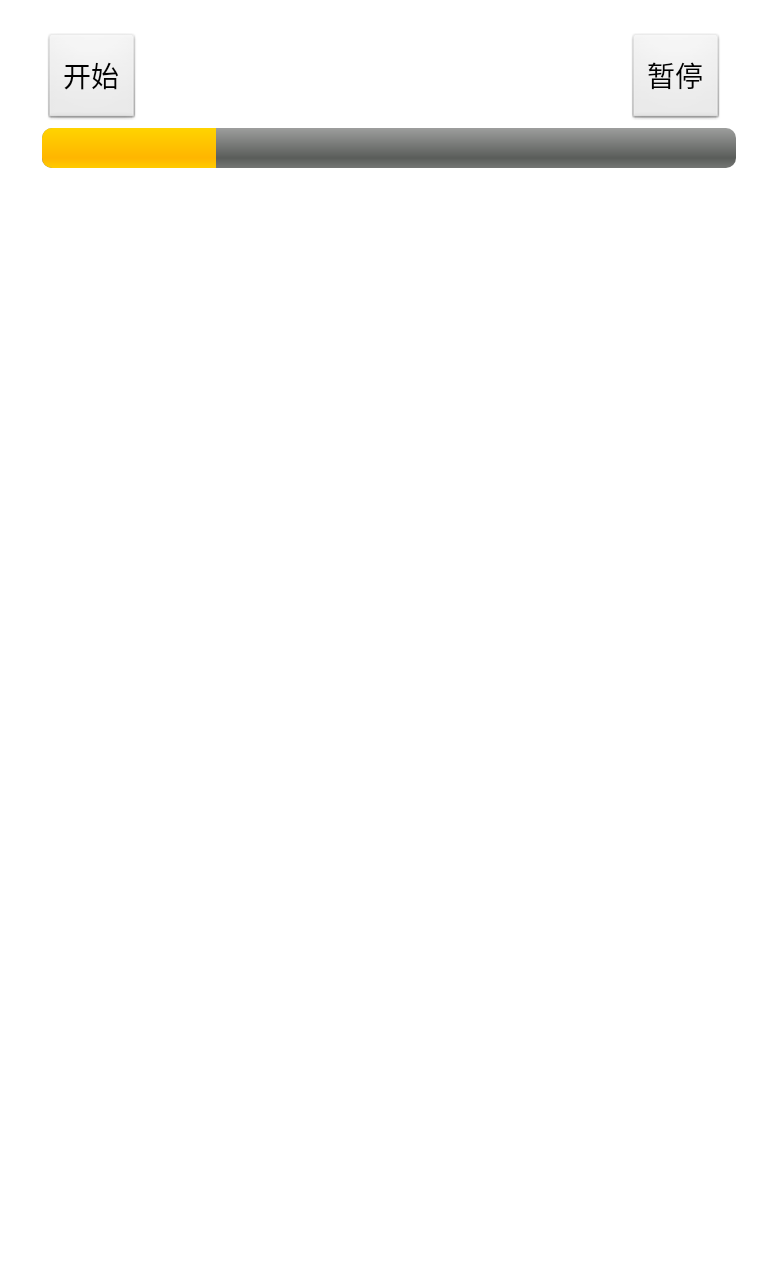
Repository: CrowleyLucky/AndroidLearningNotes
Layout: 16_MultiThreadDownloader/res/layout/activity_main.xml
These files come from the project's save history. The layout is drawn as it stood at one moment and after the next save; the edit follows.
It is drawn on a 768 x 1280 px phone screen (xhdpi) without system bars, with theme AppTheme; the app's code is not run.

Above is the layout before, as saved 2014-03-04 08:23:21.

### 16_MultiThreadDownloader/res/layout/activity_main.xml
<RelativeLayout xmlns:android="http://schemas.android.com/apk/res/android"
    xmlns:tools="http://schemas.android.com/tools"
    android:layout_width="match_parent"
    android:layout_height="wrap_content"
    android:paddingBottom="@dimen/activity_vertical_margin"
    android:paddingLeft="@dimen/activity_horizontal_margin"
    android:paddingRight="@dimen/activity_horizontal_margin"
    android:paddingTop="@dimen/activity_vertical_margin"
    tools:context=".MainActivity" >

	<Button
	    android:layout_height="wrap_content"
	    android:layout_width="wrap_content"
	    android:layout_alignParentLeft="true"
	    android:text="@string/progress_start"
	    android:layout_marginLeft="5dp"
	    android:id="@+id/button_start"/>
	<Button
	    android:layout_height="wrap_content"
	    android:layout_width="wrap_content"
	    android:layout_alignParentRight="true"
	    android:layout_marginRight="5dp"
	    android:text="@string/progress_pause"
	    android:id="@+id/button_pause"/>
    <!--  -->
    <ProgressBar
        style="?android:attr/progressBarStyleHorizontal"
        android:layout_width="match_parent"
        android:layout_height="wrap_content"
        android:progress="25"
        android:max="100"
        android:layout_below="@id/button_start"
        android:layout_alignLeft="@id/button_start"
        android:id="@+id/progress_bar"/>

</RelativeLayout>

### 16_MultiThreadDownloader/res/values/strings.xml
<?xml version="1.0" encoding="utf-8"?>
<resources>

    <string name="app_name">ProgressBar</string>
    <string name="action_settings">Settings</string>
    <string name="progress_start">开始</string>
    <string name="progress_pause">暂停</string>

</resources>

Loaded but not shown: 16_MultiThreadDownloader/res/values/styles.xml (common file); 16_MultiThreadDownloader/res/values/dimens.xml (common file)

After the next save:
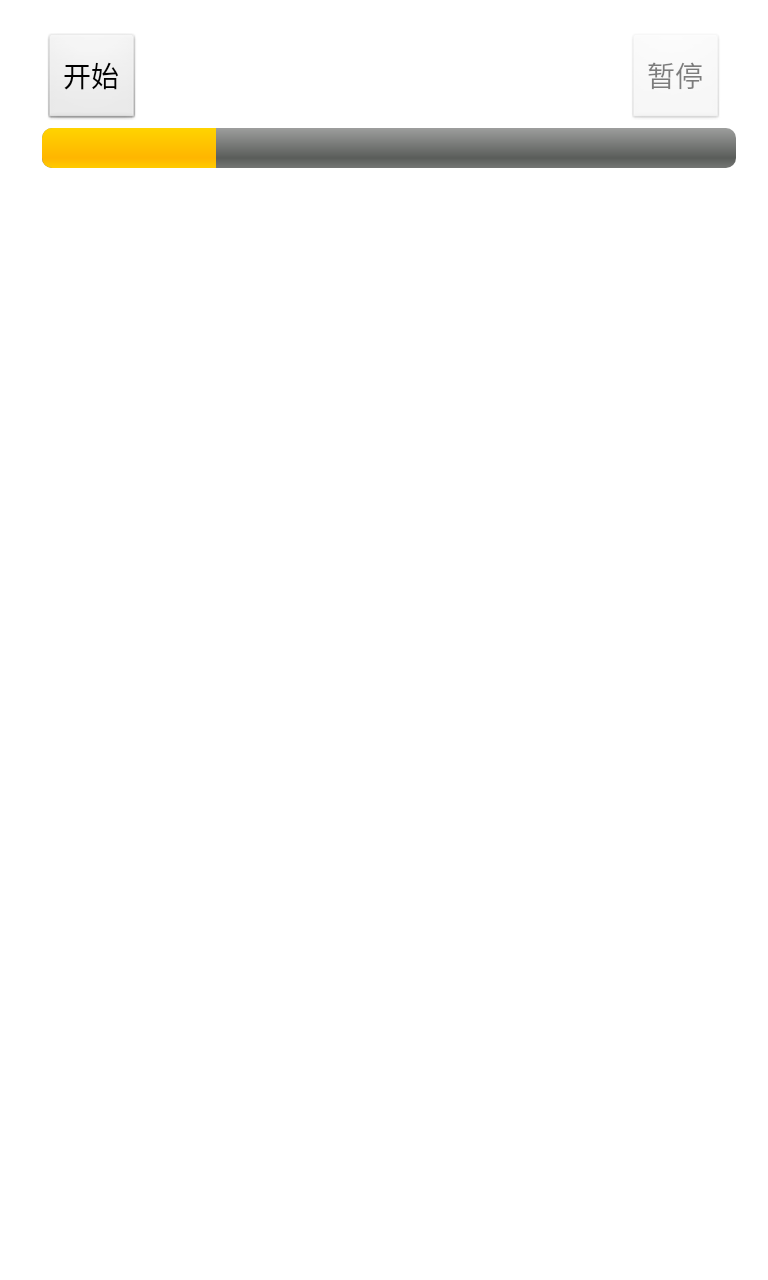
Saved 4 min 14 s later.
--- a/16_MultiThreadDownloader/res/layout/activity_main.xml
+++ b/16_MultiThreadDownloader/res/layout/activity_main.xml
@@ -21,6 +21,7 @@
 	    android:layout_alignParentRight="true"
 	    android:layout_marginRight="5dp"
 	    android:text="@string/progress_pause"
+	    android:enabled="false"
 	    android:id="@+id/button_pause"/>
     <!--  -->
     <ProgressBar
